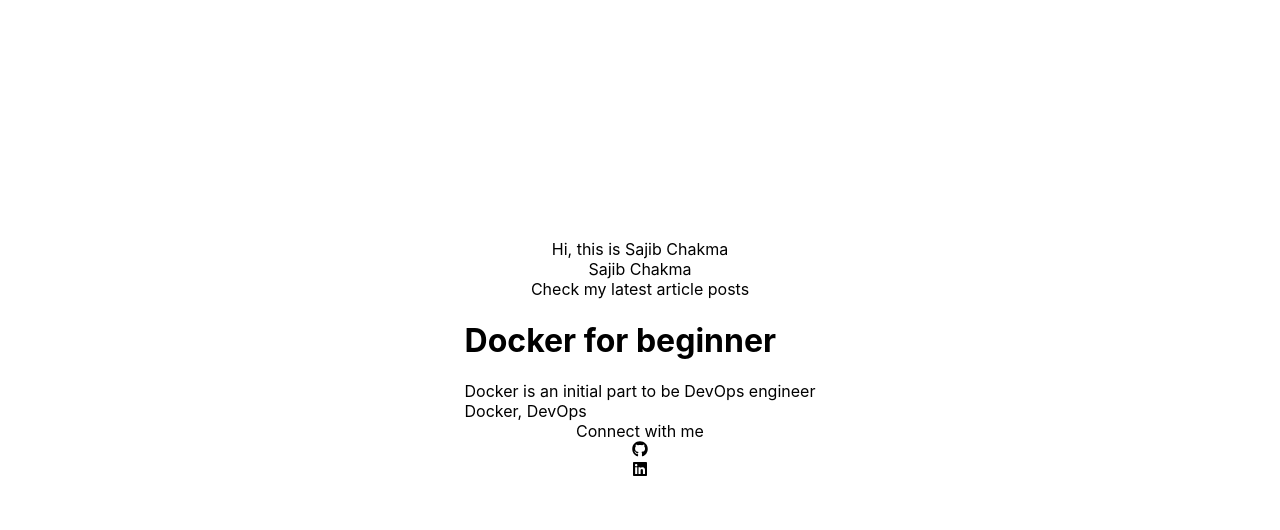
Repository: ChakmaSajib/sajibchakma
Page: /
The author's editor kept a copy of each file at every save. The page is drawn from the files as they stood at one save, then again after the next save.
The browser window is 1280 px wide. The pictures show the whole page.
The project was rebuilt for these pictures with package versions that can differ from the ones it lists, and the page was loaded fresh each time. The framework's server and built-in components were replaced by stand-ins that run in the browser. Also part of the build but not shown: next.config.js, components/LanguageTool.tsx.

Above is the page before, as saved 2022-08-28 22:06:43.

After the next save:
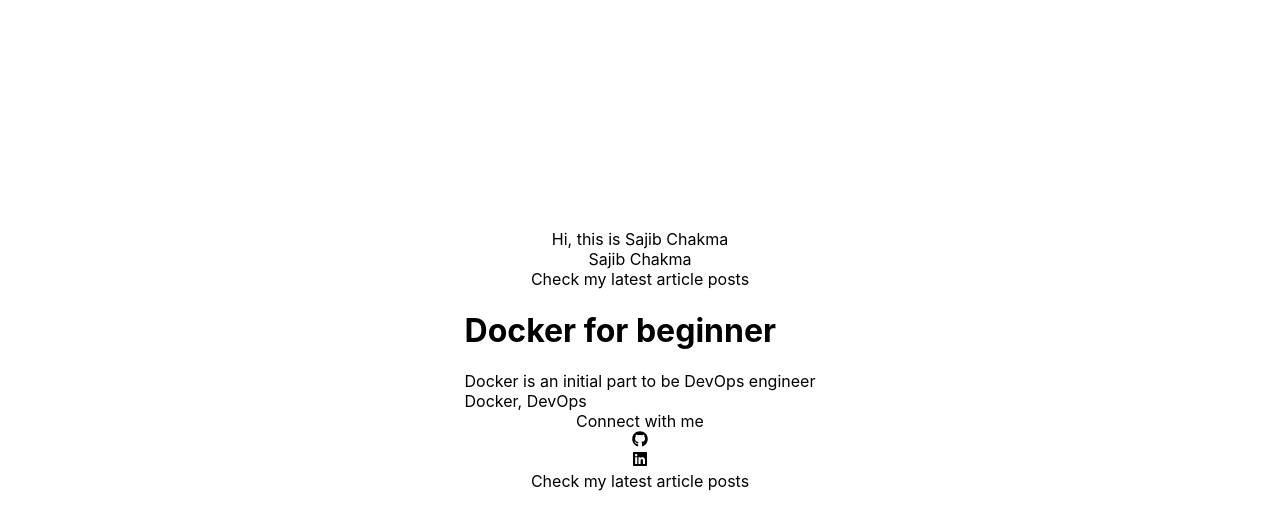
Saved 14 s later.
--- a/pages/index.tsx
+++ b/pages/index.tsx
@@ -22,6 +22,8 @@
         <span>Connect with me</span>
         <Contact mediumName='Github' link="https://github.com/ChakmaSajib" iconComponent={<FaGithub/>}/>
         <Contact mediumName='Linkedin' link="https://github.com/ChakmaSajib" iconComponent={<FaLinkedin/>}/>
+
+        <span>Check my latest article posts</span>
       </main>
 
     </div>
